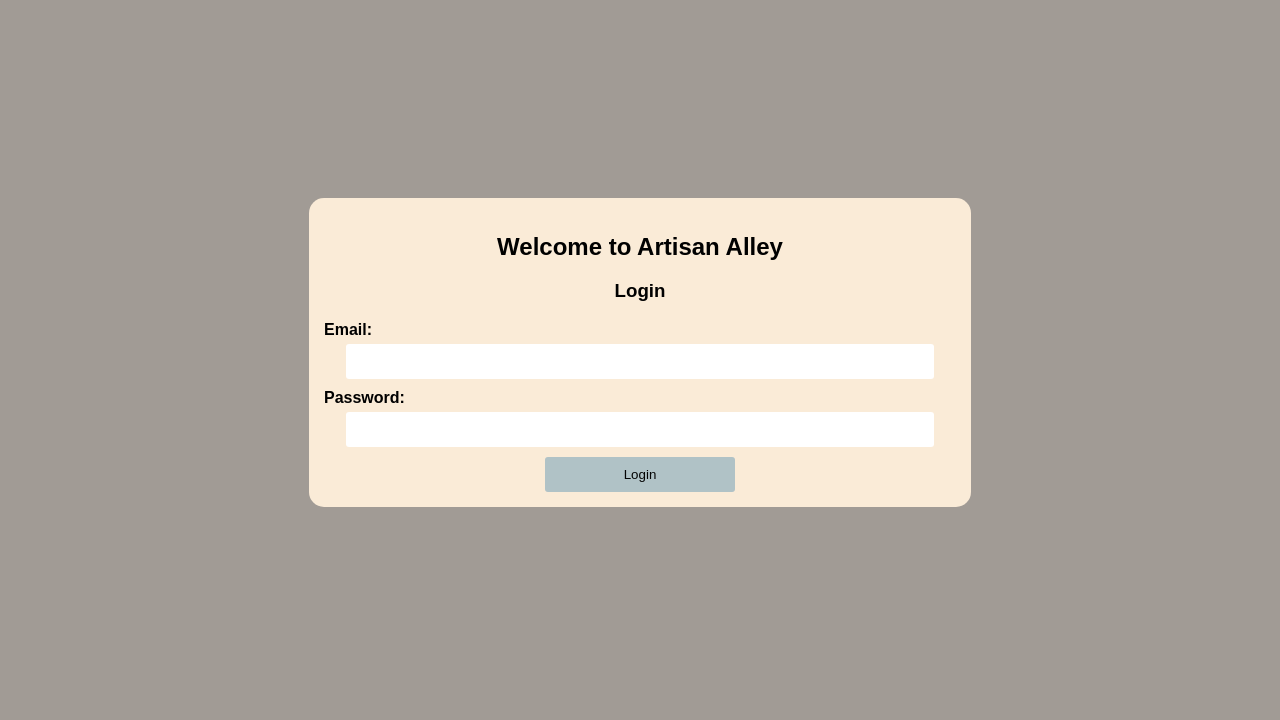
Repository: RingkhangBTY/Bytehacks_Hackathon_Project
Page: login/login.html
These files come from the project's save history. The page is drawn as it stood at one moment and after a run of saves; the edit follows.
The browser window is 1280 px wide. The pictures show the whole page.

Above is the page before, as saved 2024-11-27 10:14:09.

After the next 2 saves:
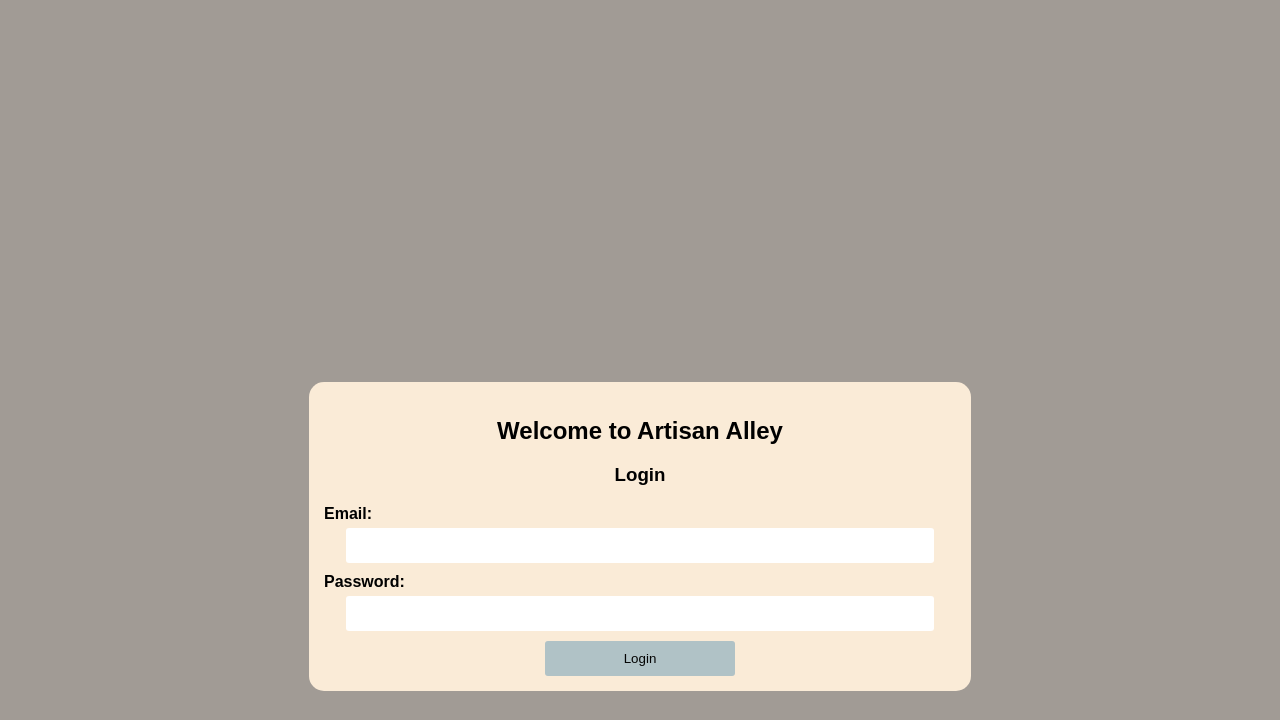
The 2 saves are shown as one change because they came seconds apart.
The last was saved 7 s later.
--- a/login/login-style.css
+++ b/login/login-style.css
@@ -5,7 +5,7 @@
     justify-content: center;
     align-items: center;
     height: auto;
-    margin-top: px;
+    margin-top: 15%;
 }
 .login-container{
     background-color: antiquewhite;
